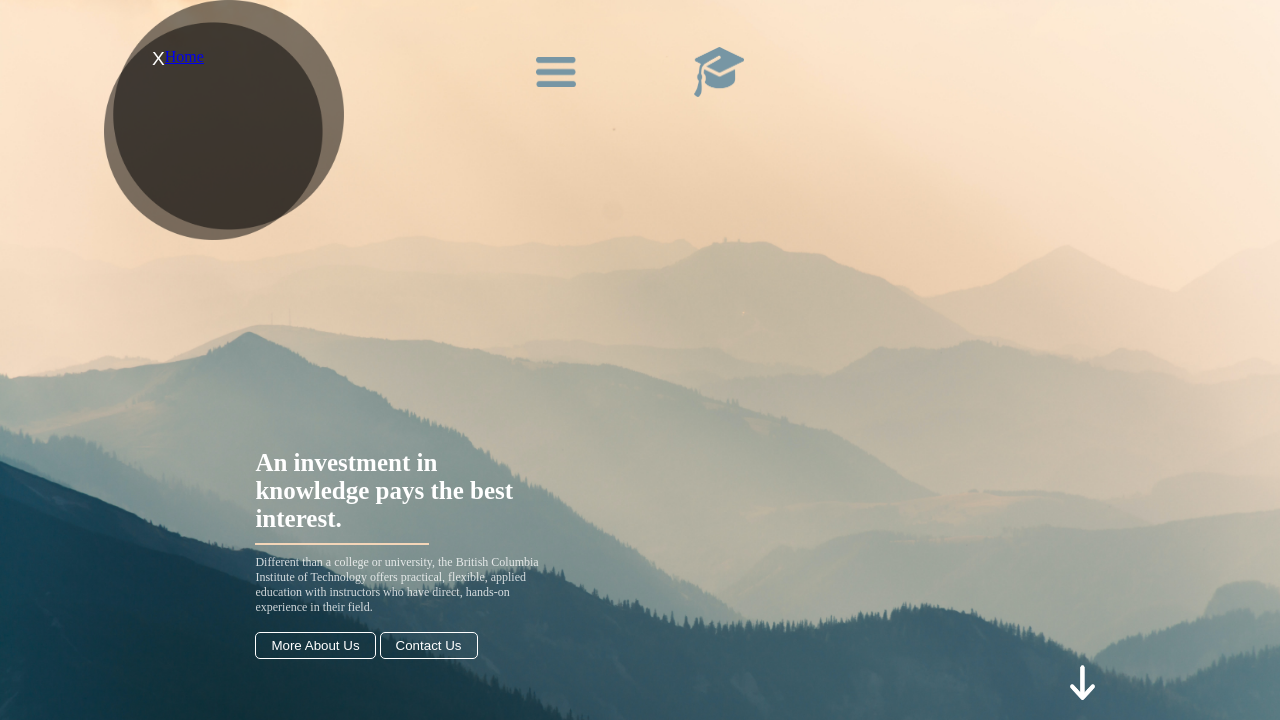
Repository: Sheraliramzan/Aly_A01253508_Assignment1
Page: /
An editor plug-in stored every save of this project. The page is shown before and after a run of saves, followed by the edit.
The browser window is 1280 px wide. The pictures show the whole page.
The project was rebuilt for these pictures with package versions that can differ from the ones it lists, and the page was loaded fresh each time. The framework's server and built-in components were replaced by stand-ins that run in the browser. Also part of the build but not shown: next.config.js.

Above is the page before, as saved 2023-02-04 17:41:10.

### pages/index.js
import Head from 'next/head'
import Image from 'next/image'
import styles from '../styles/Home.module.css'
import { useState } from 'react'
import { useRouter } from 'next/router'



export default function Home() {

  const [isMenuOpen, setIsMenuOpen] = useState(false);
  const handleMenu = () => {
    setIsMenuOpen(!isMenuOpen);
  };
  const router = useRouter();
  return (
    <>
      <Head>
        <title>Home</title>
        <meta name="author" content="MDIA 2109" />
        <meta property="og:title" content= "Assignment #1 - Home Page"/>
        <meta property="og:description" content= "BCIT Digital Design and Development Diploma"/>
        <meta name="viewport" content="width=device-width, initial-scale=1" />
        <link rel="icon" href="/favicon.png" />
      </Head>
      <main className={styles.main}>
        <div className='fullcont'>
          <div className="navcont">
              <Image
                src={"/icons/menu-icon.png"}
                width={40}
                height={30}
                onClick={handleMenu}
              />
              <Image src={"/icons/graduation-hat.png"} width={50} height={50} />
          </div>
          <div className="menucont">
          <div className="listcont">
            <div className="btncont">
              <button className="close" onClick={handleMenu}>
                X
              </button>
            </div>
              <ul>
                <li>
                  <a href='#'>Home</a>
                </li>
              </ul>
            </div>
          <Image
            src={"/background-images/menuBackground.png"}
            width={240}
            height={240}
          />
        </div>

          <div className="headcont">
            <h1 className="headhome">An investment in <br/>knowledge pays the best <br/> interest.</h1>
            <div className="horidiv"></div>
            <p className="para1">Different than a college or university, the British Columbia <br/> Institute of Technology offers practical, flexible, applied education with instructors who have direct, hands-on experience in their field.</p>
          </div>
          <a className='butcont'>
            <button className='but1'>More About Us</button>
            <button className='but1'>Contact Us</button>
          </a>
          <a>
            <span>
              <Image className='downarrow' src ={"/downwardArrow.png"} width={25} height={35}></Image>
            </span>
          </a>
        </div>
      </main>
    </>
  )
}

### styles/globals.css


* {
  box-sizing: border-box;
  padding: 0;
  margin: 0;
}

html,
body {
  max-width: 100vw;
  overflow-x: hidden;

  background-image:url('../public/background-images/backgroundMountain.jpg') ;
  background-size: cover;
  background-repeat: no-repeat;
  height: 100vh;
}
.navcont {
  display: flex;
  align-items: center;
  justify-content: space-between;
  padding: 2rem 10rem;
}
.menucont{
  position: absolute;
  top: 0rem;
  left: 6.5rem;
}

ul {
  display: flex;
  flex-direction: column;
  gap: 2rem;
}

ul > li {
  list-style-type: none;
  color: white;
}
.listcont{
  position: absolute;
  display: flex;
  align-items: flex-start;
  left: 3rem;
  top: 3rem;
}

.btncont {
  display: flex;
}

.close {
  background-color: transparent;
  border: none;
  font-size: larger;
  color: white;
}

.fullcont{
  margin: 15px;
}
.but1{
  margin: 2px;
  padding: 5px 15px;
  background: none;
  border: 1px solid var(--primary-color);
  border-radius: 5px;
  color:var(--primary-color) ;
}
.butcont{
 margin-left: -123px;
}

.but1:hover{
  background-color: var( --primary-color);
  color: var(--quinary-color);
}
.downarrow{
  position: relative;
  left: 590px;
  top:50px;
}
.headcont{
  display: flex;
  flex-direction: column;
  width: 55%;
  margin-top: 320px;
  margin-left: -121px;
}
.headhome{
  color: var(--primary-color);
  font-size: 25px;
  margin-bottom: 10px;
}
.horidiv{
  width: 60%;
  border: 1px solid var(--secondary-color);
  margin-bottom: 10px;
}
.para1{
  color: var(--primary-color);
  font-size:12px;
  width: 100%;
  opacity: 0.8;
}


#carouselImage{
  height: 200px;
  background-repeat: no-repeat;
  background-size: cover;
  display: flex;
  justify-content: center;
  align-items: center;
  margin: 40px 0px;
}
#testOnImageHere{
  background-color: rgba(16, 46, 53, 0.5);
  padding: 10px;
  margin: 0px 50px;
}

### styles/variables.css
:root{
    --primary-color:#fff;
    --secondary-color:#f4d6b9;
    --ternary-color: #7796a4;
    --quaternary-color:#14343d;
    --quinary-color:rgba(16,46,53,0.5);
}

### styles/Home.module.css
.main {
  display: flex;
  flex-direction: column;
  justify-content: space-between;
  align-items: center;
}

Loaded but not shown: pages/_app.js (common file); pages/_document.js (common file)

After the next 2 saves:
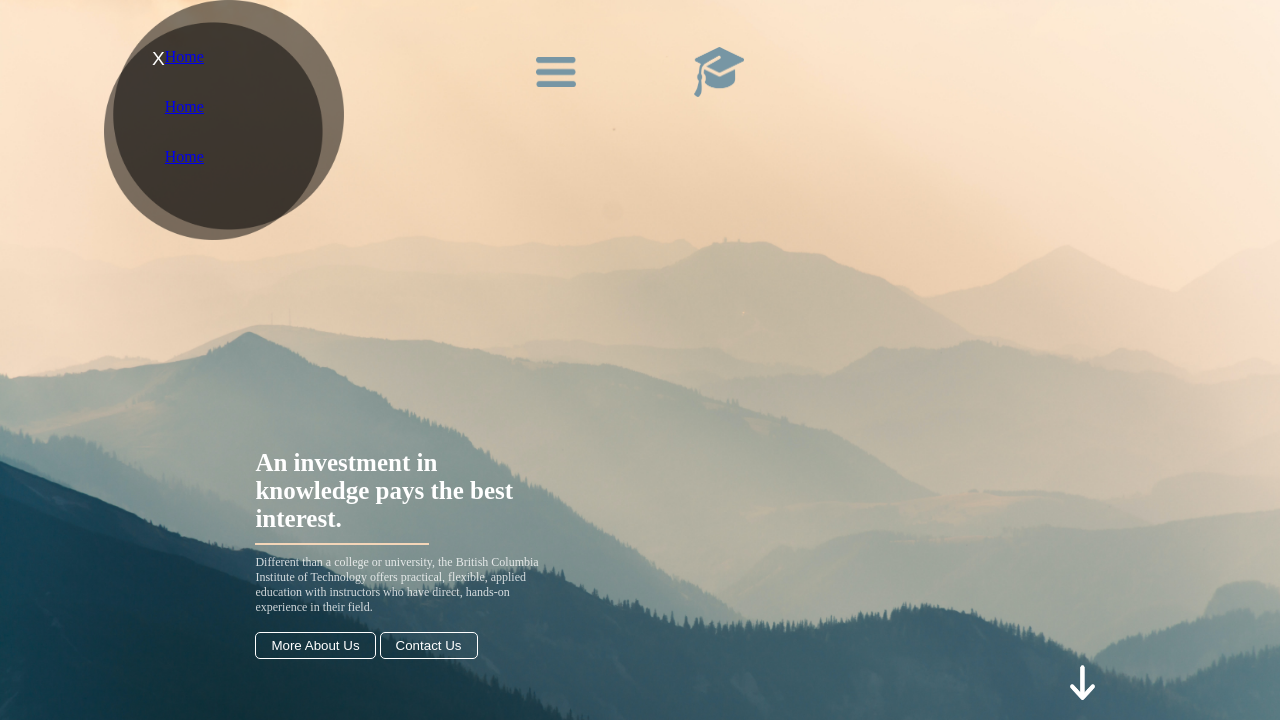
The 2 saves are shown as one change because they came seconds apart.
The last was saved 10 s later.
--- a/pages/index.js
+++ b/pages/index.js
@@ -45,6 +45,12 @@ export default function Home() {
                 <li>
                   <a href='#'>Home</a>
                 </li>
+                <li>
+                  <a href='#'>Home</a>
+                </li>
+                <li>
+                  <a href='#'>Home</a>
+                </li>
               </ul>
             </div>
           <Image
